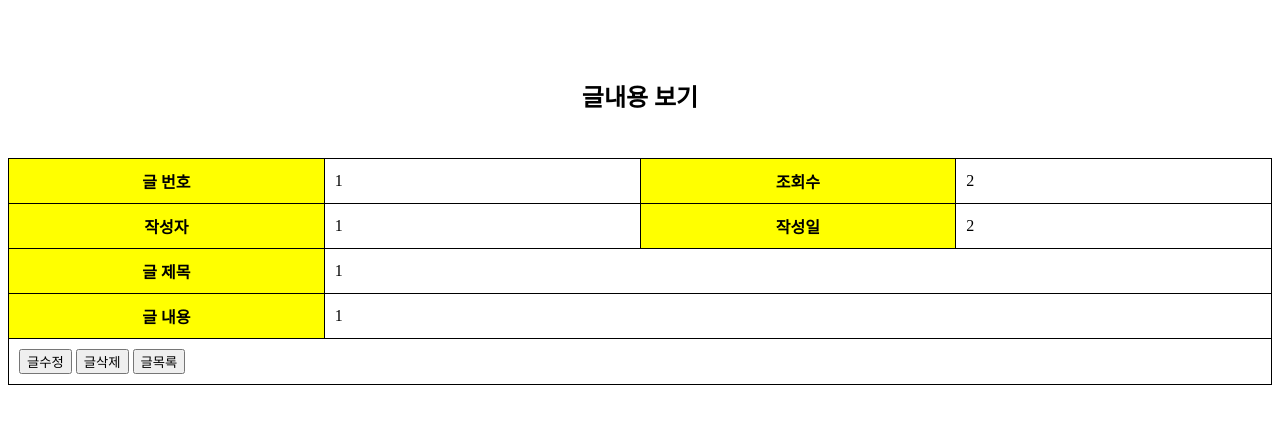
Repository: dlswn666/SpringStudy
Page: http://localhost/boardMVC/WEB-INF/jsp/board/context.jsp
The author's editor kept a copy of each file at every save. The page is drawn from the files as they stood at one save, then again after the next save.
The browser window is 1280 px wide. The pictures show the whole page.
The page is served by Tomcat 9. Nobody is signed in. The template is opened directly, without the code that normally fills it, so the values that code supplies are empty.

Above is the page before, as saved 2021-02-28 06:08:11.

After the next save:
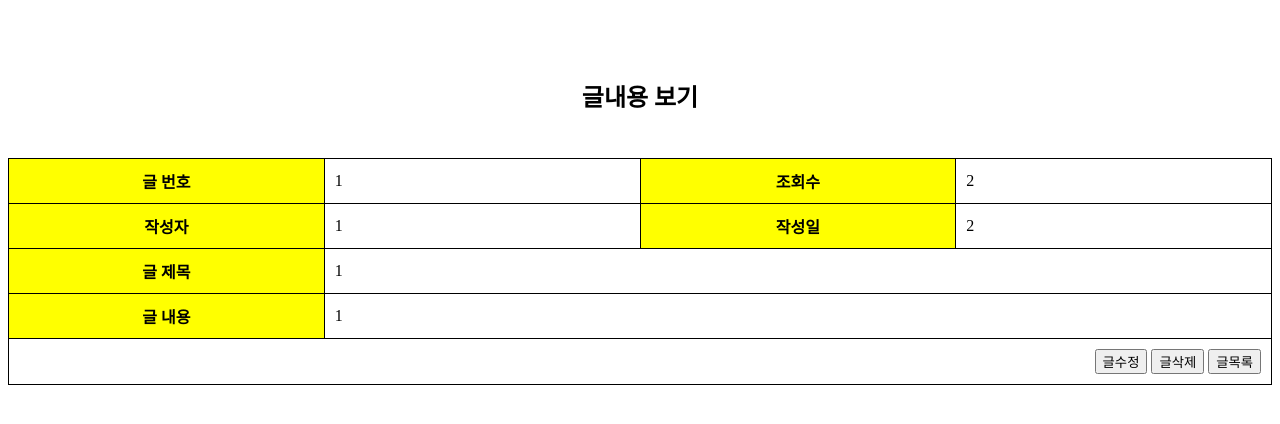
Saved 39 s later.
--- a/boardMVC/WebContent/WEB-INF/jsp/board/context.jsp
+++ b/boardMVC/WebContent/WEB-INF/jsp/board/context.jsp
@@ -57,7 +57,7 @@
 				<th>글 내용</th>
 				<td colspan="3">1</td>
 			</tr>
-			<tr text-align="left">
+			<tr align="right">
 				<td colspan="4">
 								 <input type="button" value="글수정">
 								 <input type="button" value="글삭제">
